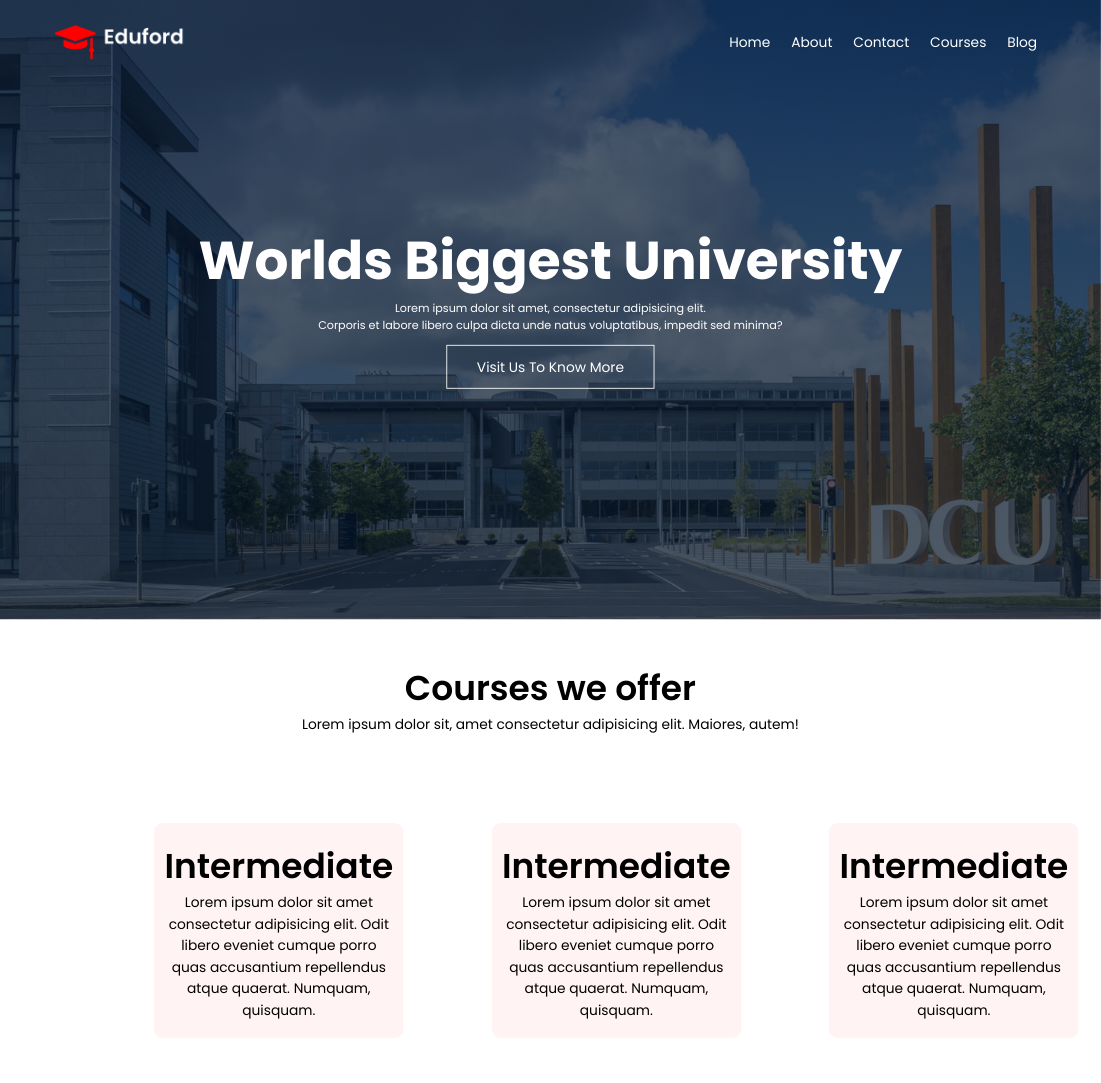
Repository: yashrajverma/Practise
Page: index.html
An editor plug-in stored every save of this project. The page is shown before and after the next save, followed by the edit.
The browser window is 1280 px wide. The pictures show the whole page, at 86% of full size.

Above is the page before, as saved 2021-04-27 12:05:54.

After the next save:
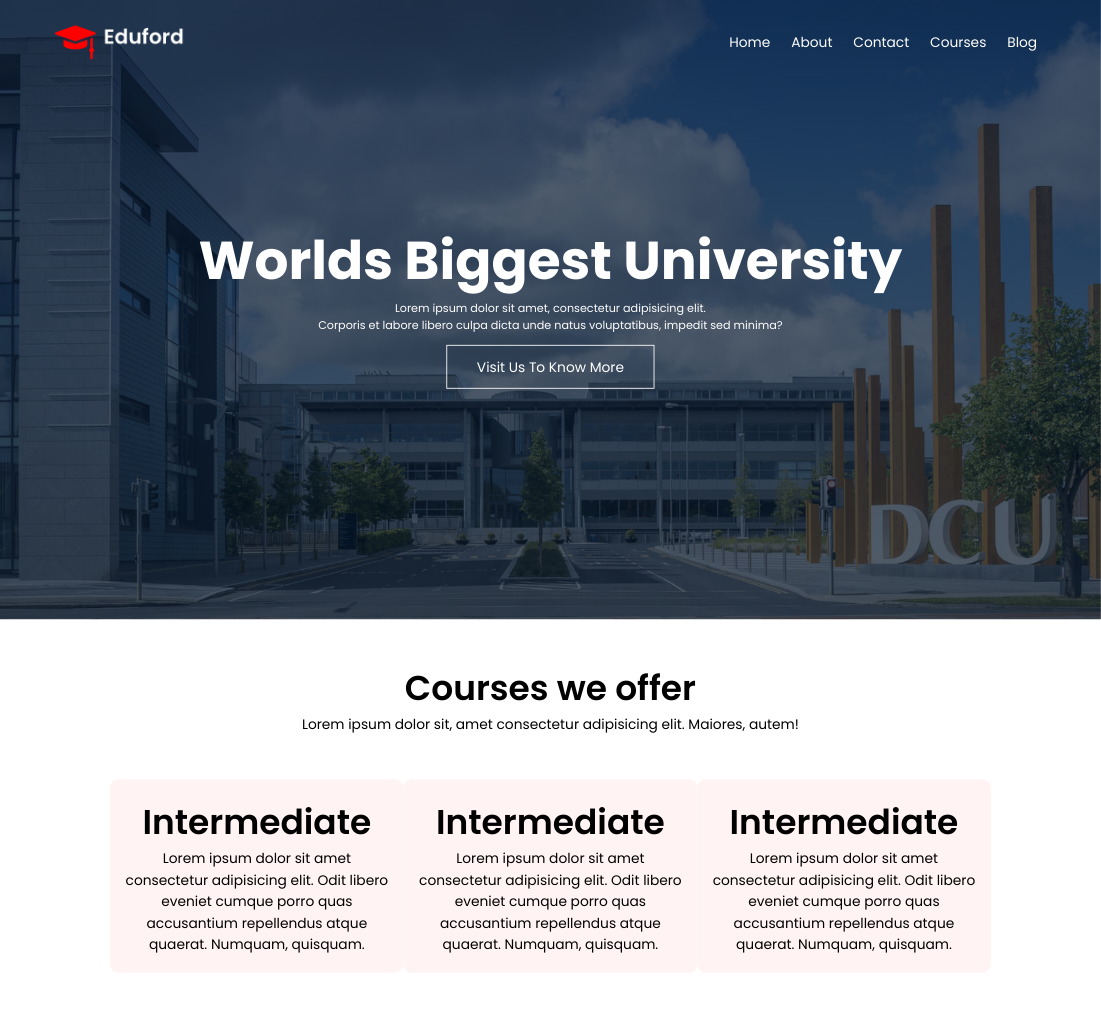
Saved 12 s later.
--- a/style.css
+++ b/style.css
@@ -134,5 +134,5 @@
     background: #fff3f3;
     border-radius: 10px;
     padding: 20px 12px;
-    margin: 5%;
+    margin-bottom: 5%;
 }
